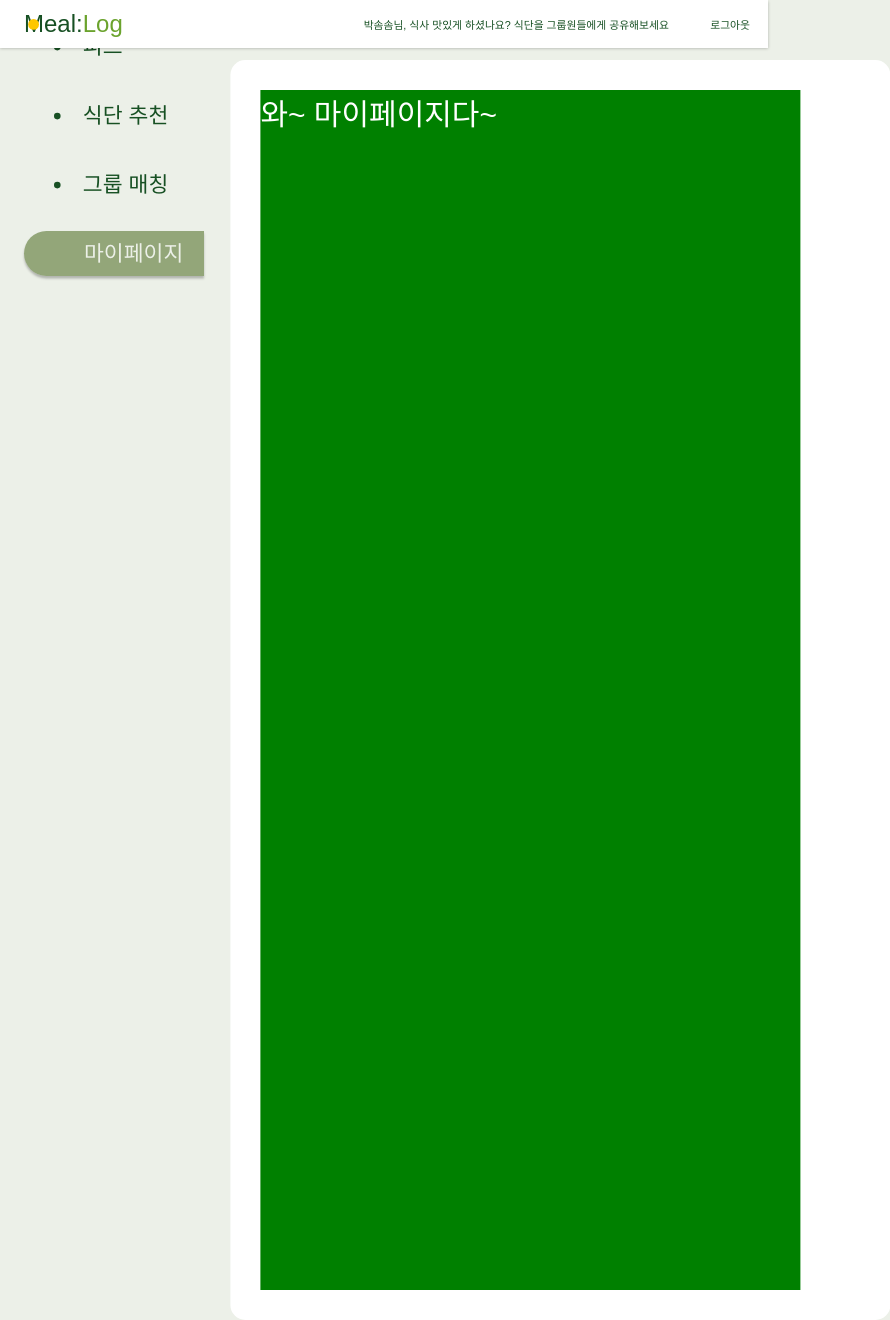
Repository: mealLog-databaseProgramming/MealLog
Page: http://localhost/meal-log/
An editor plug-in stored every save of this project. The page is shown before and after the next save, followed by the edit.
The browser window is 1280 px wide. The page is 1484 px wide, so the pictures cover 1484 px, including what lies to the right of the window. The pictures show the whole page, at 60% of full size.
Some icons come from a web library that is not loaded, so they are not drawn. Some web fonts or font styles are not loaded; a fallback is used. The page is served by Tomcat 9.

Above is the page before, as saved 2022-09-29 16:35:33.

After the next save:
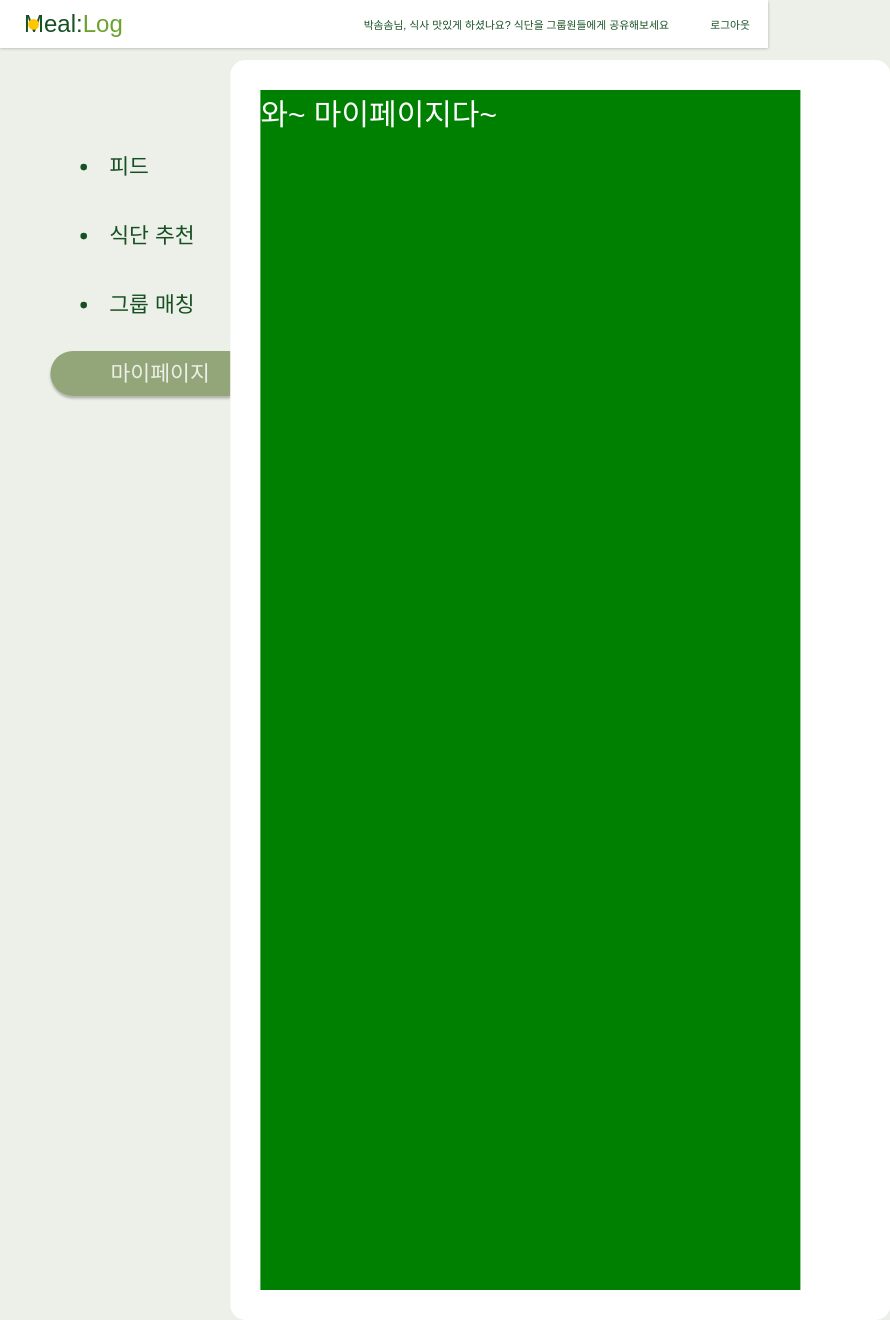
Saved 14 s later.
--- a/meal-log/src/main/webapp/resources/css/index.css
+++ b/meal-log/src/main/webapp/resources/css/index.css
@@ -109,6 +109,7 @@ body {
 	color: #175023;
 
 	position: fixed;
+	top: 200px; right: 70%;
 }
  .Nav li span {
  	font-family: 'Jua', sans-serif;
@@ -134,8 +135,6 @@ body {
 
 	border-top-left-radius: 50px;
 	border-bottom-left-radius: 50px;
-
-	top: 200px; right: 70%;
 }
 
 .Content {
